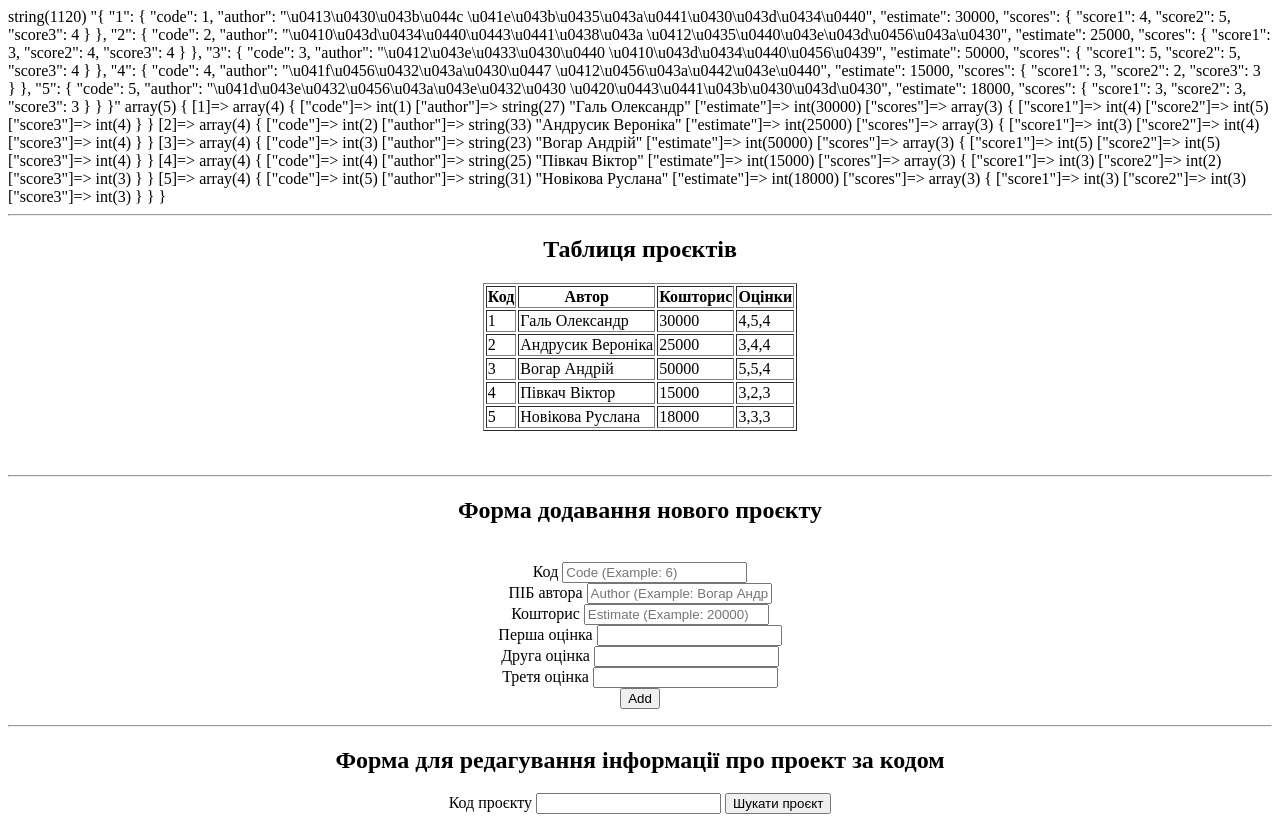
Repository: AndriyVohar/PHP-learn
Page: http://localhost/
These files come from the project's save history. The page is drawn as it stood at one moment and after the next save; the edit follows.
The browser window is 1280 px wide. The pictures show the whole page.
The page is run by PHP 8.4 with error messages shown; the project is at /var/www/html/.

Above is the page before, as saved 2023-10-04 20:06:29.

### Lab-2/index.php
<?php
// $fp = fopen('projects-data.json','r');
// $projectsJSON = readfile('projects-data.json');
// var_dump($projectsJSON);
$projectsJSON = file_get_contents('projects-data.json');
$pr = json_decode($projectsJSON);
var_dump($projectsJSON);
$projects = [
    1=>[
        'code'=>1,
        'author'=>'Галь Олександр',
        'estimate'=>30000,
        'scores'=>[
            'score1'=>4,
            'score2'=>5,
            'score3'=>4,
        ],
    ],
    2=>[
        'code'=>2,
        'author'=>'Андрусик Вероніка',
        'estimate'=>25000,
        'scores'=>[
            'score1'=>3,
            'score2'=>4,
            'score3'=>4,
        ],
    ],
    3=>[
        'code'=>3,
        'author'=>'Вогар Андрій',
        'estimate'=>50000,
        'scores'=>[
            'score1'=>5,
            'score2'=>5,
            'score3'=>4,
        ],
    ],
    4=>[
        'code'=>4,
        'author'=>'Півкач Віктор',
        'estimate'=>15000,
        'scores'=>[
            'score1'=>3,
            'score2'=>2,
            'score3'=>3,
        ],
    ],
    5=>[
        'code'=>5,
        'author'=>'Новікова Руслана',
        'estimate'=>18000,
        'scores'=>[
            'score1'=>3,
            'score2'=>3,
            'score3'=>3,
        ],
    ],
];
var_dump($projects);
// $fp = fopen('projects-data.json','w');
// fputs($fp,$projectJSON);
// fclose($fp);
$projectJSON = json_encode($projects);
file_put_contents('projects-data.json',$projectJSON);
//2. Вивести дані про об'єкти в таблицю.
include 'table.phtml';

//3. Підготувати функцію для вибору всіх елементів масиву, що відповідають запиту. Вивести їх в таблицю.
function filteredProjects($projects, $maxEstimate, $minSumScores){
    echo '
    <br><br>
    <h2>Відфільтрований список проектів</h2><br>
    <center>
    <table border="1">
        <tr>
        <th>Код</th>
        <th>Автор</th>
        <th>Кошторис</th>
        <th>Оцінки</th>
        </tr>
    ';
    foreach($projects as $project){
        if(($project['estimate']<=$maxEstimate)&&(($project['scores']['score1']+$project['scores']['score2']+$project['scores']['score3'])>=$minSumScores)){
            echo '<tr>
            <td>'.$project['code'].'</td>
            <td>'.$project['author'].'</td>
            <td>'.$project['estimate'].'</td>
            <td>'.$project['scores']['score1'].','
                .$project['scores']['score2'].','
                .$project['scores']['score3'].','.
            '</td>
            </tr>';
        }
    }
    echo '</table></center>';
}

// 4. Передбачити можливість передачі параметрів запиту через рядок стану (наприклад index.php?country=ukraine&min_age=18)
if(isset($_GET['max_estimate'])&&isset($_GET['min_sum_scores'])){
    $maxEstimate = intval($_GET['max_estimate']);
    $minSumScores = intval($_GET['min_sum_scores']);
    filteredProjects($projects,$maxEstimate,$minSumScores);
}

// 5. Створити форму для додавання нового об'єкту до масиву.
include 'form.phtml';
//Додавання об'єкту до масиву
if($_SERVER['REQUEST_METHOD']==='POST'&&isset($_POST['code'])){
    $code = $_POST['code'];
    $author = $_POST['author'];
    $estimate = $_POST['estimate'];
    $scores = $_POST['scores'];

    $projects[(int)$code] = [
        'code'=>$code,
        'author'=>$author,
        'estimate'=>$estimate,
        'scores'=>$scores,
    ];

    include 'table.phtml';
}

// 6. Створити форму редагування даних про об'єкт.
include 'form_change.phtml';
// 7. Перед редагуванням здійснити валідацію даних (ПІБ не може бути порожнім рядком, заробітна плата повинна бути невід'ємним числом, тощо).
if ($_SERVER["REQUEST_METHOD"] === "POST" && isset($_POST["edit-code"])) {
    $editCode = $_POST["edit-code"];
    $projectToEdit = $projects[(int)$editCode];

    if($projectToEdit){
        ?>
        <center>
        <form method="POST">
            <input type="hidden" name="edit-code" value="<?=$editCode; ?>">
            <label>
                ПІБ автора
                <input name="edit-author" type="text" id="edit-author" value="<?= $projectToEdit['author'];?>">
            </label><br>
            <label>
                Кошторис
                <input name="edit-estimate" type="number" id="edit-estimate" value="<?= $projectToEdit['estimate'];?>">
            </label><br>
            <label>
                Перша оцінка
                <input name="edit-score1" type="number" id="edit-score1" value="<?= $projectToEdit['scores']['score1'];?>">
            </label><br>
            <label>
                Друга оцінка
                <input name="edit-score2" type="number" id="edit-score2" value="<?= $projectToEdit['scores']['score2'];?>">
            </label><br>
            <label>
                Третя оцінка
                <input name="edit-score3" type="number" id="edit-score3" value="<?= $projectToEdit['scores']['score3'];?>">
            </label><br>
            <button name="change-project" type="submit">Змінити дані</button>
        </form>
        </center>
        <?php

        //Валідація даних, а після цього запис у масив проектів
        if($_SERVER["REQUEST_METHOD"]==="POST"&&isset($_POST["edit-author"])){
            $editAuthor = $_POST["edit-author"];
            $editEstimate = $_POST["edit-estimate"];
            $editScore1=$_POST["edit-score1"];
            $editScore2=$_POST["edit-score2"];
            $editScore3=$_POST["edit-score3"];
            if($editAuthor===''||(int)$editEstimate<0||(int)$editScore1<0||(int)$editScore2<0||(int)$editScore3<0){
                return false;
            }
            $projects[(int)$editCode] = [
                'code'=>$editCode,
                'author'=>$editAuthor,
                'estimate'=>$editEstimate,
                'scores'=>[
                    'score1'=>$editScore1,
                    'score2'=>$editScore2,
                    'score3'=>$editScore3,
                ],
            ];
            include 'table.phtml';
        }
    }
}

### Lab-2/projects-data.json
{
	"1":
	{
		"code": 1,
		"author": "\u0413\u0430\u043b\u044c \u041e\u043b\u0435\u043a\u0441\u0430\u043d\u0434\u0440",
		"estimate": 30000,
		"scores":
		{
			"score1": 4,
			"score2": 5,
			"score3": 4
		}
	},
	"2":
	{
		"code": 2,
		"author": "\u0410\u043d\u0434\u0440\u0443\u0441\u0438\u043a \u0412\u0435\u0440\u043e\u043d\u0456\u043a\u0430",
		"estimate": 25000,
		"scores":
		{
			"score1": 3,
			"score2": 4,
			"score3": 4
		}
	},
	"3":
	{
		"code": 3,
		"author": "\u0412\u043e\u0433\u0430\u0440 \u0410\u043d\u0434\u0440\u0456\u0439",
		"estimate": 50000,
		"scores":
		{
			"score1": 5,
			"score2": 5,
			"score3": 4
		}
	},
	"4":
	{
		"code": 4,
		"author": "\u041f\u0456\u0432\u043a\u0430\u0447 \u0412\u0456\u043a\u0442\u043e\u0440",
		"estimate": 15000,
		"scores":
		{
			"score1": 3,
			"score2": 2,
			"score3": 3
		}
	},
	"5":
	{
		"code": 5,
		"author": "\u041d\u043e\u0432\u0456\u043a\u043e\u0432\u0430 \u0420\u0443\u0441\u043b\u0430\u043d\u0430",
		"estimate": 18000,
		"scores":
		{
			"score1": 3,
			"score2": 3,
			"score3": 3
		}
	}
}

### Lab-2/table.phtml
<?php
/** @var array $projects */
$projects;
?>

<hr>
<center>
<h2>Таблиця проєктів</h2>
<table border="1">
    <tr>
        <th>Код</th>
        <th>Автор</th>
        <th>Кошторис</th>
        <th>Оцінки</th>
    </tr>
    <?php foreach ($projects as $project): ?>
    <tr>
        <td><?= $project['code']; ?></td>
        <td><?= $project['author']; ?></td>
        <td><?= $project['estimate']; ?></td>
        <td><?= implode(',',$project['scores']); ?></td>
    </tr>
    <?php endforeach;?>
</table>
</center>

### Lab-2/form.phtml
<br><br>
<hr>
<center>
<h2>Форма додавання нового проєкту</h2><br>
<form method="POST">
    <label>
        Код
        <input type="number" id="code" name="code" placeholder="Code (Example: 6)">
    </label><br>
    <label>
        ПІБ автора
        <input type="text" id="author" name="author" placeholder="Author (Example: Вогар Андрій)">
    </label><br>
    <label>
        Кошторис
        <input type="number" id="estimate" name="estimate" placeholder="Estimate (Example: 20000)">
    </label><br>
    <label>
        Перша оцінка
        <input type="number" id="score1" name="scores[score1]">
    </label><br>
    <label>
        Друга оцінка
        <input type="number" id="score2" name="scores[score2]">
    </label><br>
    <label>
        Третя оцінка
        <input type="number" id="score3" name="scores[score3]">
    </label><br>
    <button type="submit">Add</button>
</form>
</center>

### Lab-2/form_change.phtml
<center>
<form method="POST">
    <hr>
    <h2>Форма для редагування інформації про проект за кодом</h2>

    <label>
        Код проєкту
        <input name="edit-code" type="text" id="edit-code">
    </label>
    <button type="submit">Шукати проєкт</button>
</form>
</center>

After the next save:
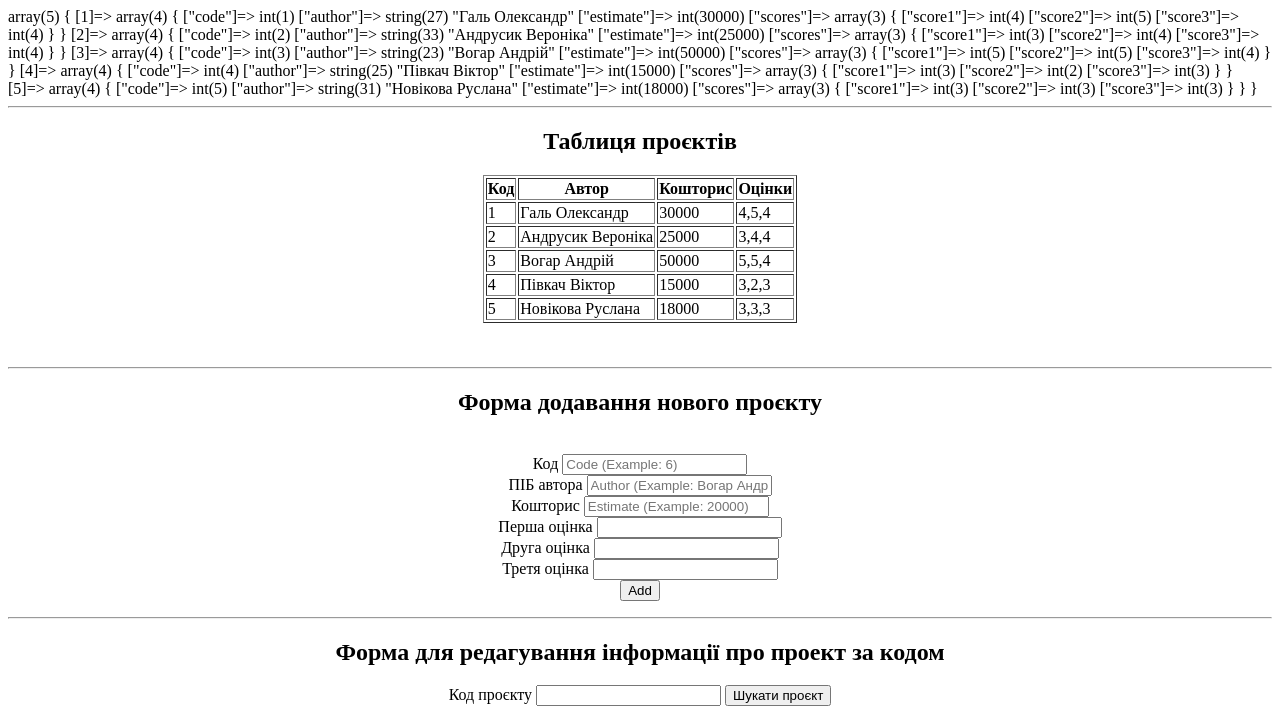
Saved 2 min 54 s later.
--- a/Lab-2/index.php
+++ b/Lab-2/index.php
@@ -1,10 +1,7 @@
 <?php
-// $fp = fopen('projects-data.json','r');
-// $projectsJSON = readfile('projects-data.json');
+// $projectsJSON = file_get_contents('projects-data.json');
+// $pr = json_decode($projectsJSON);
 // var_dump($projectsJSON);
-$projectsJSON = file_get_contents('projects-data.json');
-$pr = json_decode($projectsJSON);
-var_dump($projectsJSON);
 $projects = [
     1=>[
         'code'=>1,
